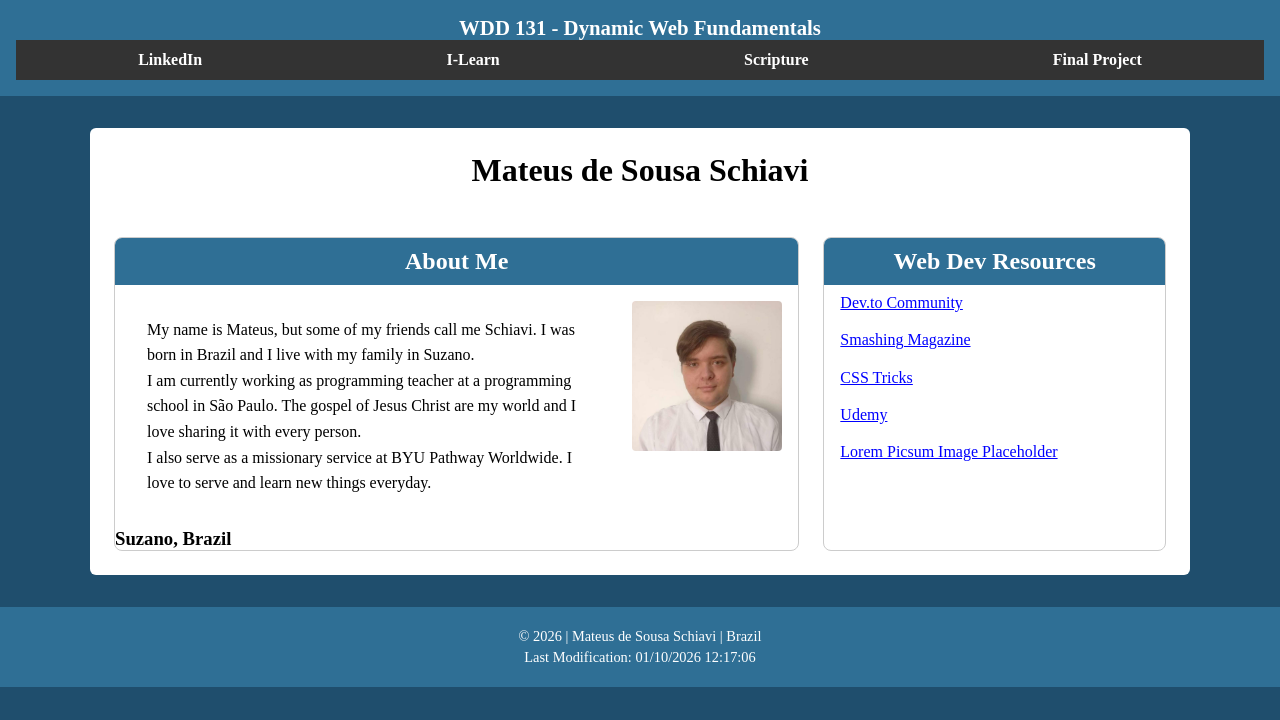
Repository: mateus-schiavi/wdd131
Page: index.html
The author's editor kept a copy of each file at every save. The page is drawn from the files as they stood at one save, then again after the next save.
The browser window is 1280 px wide. The pictures show the whole page.
Some web fonts or font styles are not loaded; a fallback is used.

Above is the page before, as saved 2026-01-10 17:14:31.

After the next save:
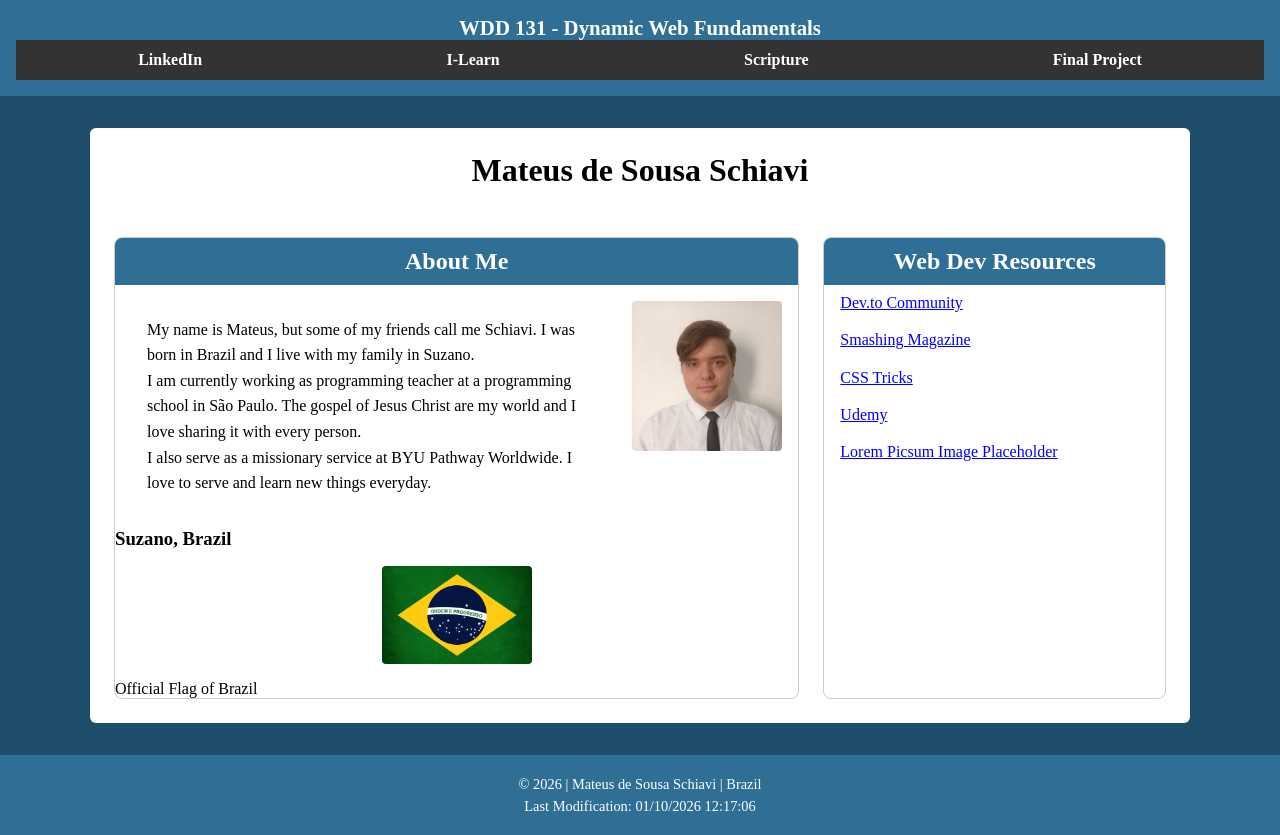
Saved 46 s later.
--- a/index.html
+++ b/index.html
@@ -45,6 +45,12 @@
             </div>
             <div class="country">
                 <h3>Suzano, Brazil</h3>
+                <div class="country-content">
+                    <figure>
+                        <img src="./images/brazilian_flag.jpg" alt="Offical flag of Brazil">
+                        <figcaption>Official Flag of Brazil</figcaption>
+                    </figure>
+                </div>
             </div>
         </section>
         <section class="card">
